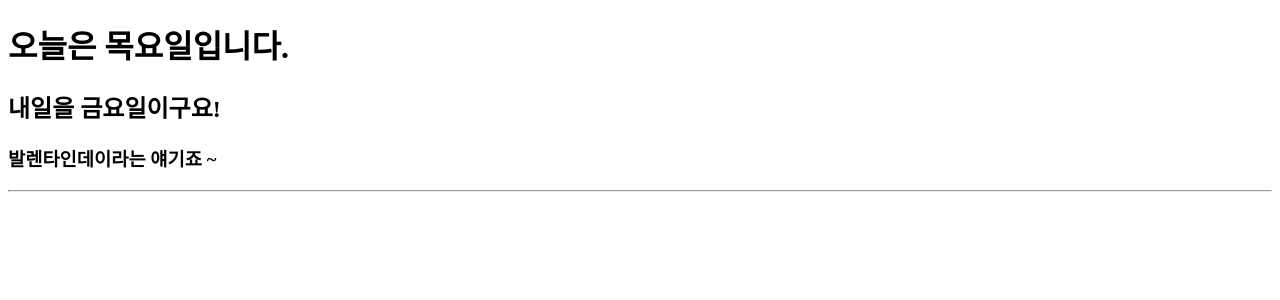
Repository: AgentHyun/FishDalle3
Page: Feb13_1_jQuery/WebContent/1_jQuery.html
These files come from the project's save history. The page is drawn as it stood at one moment and after the next save; the edit follows.
The browser window is 1280 px wide. The pictures show the whole page.

Above is the page before, as saved 2025-02-13 02:55:31.

After the next save:
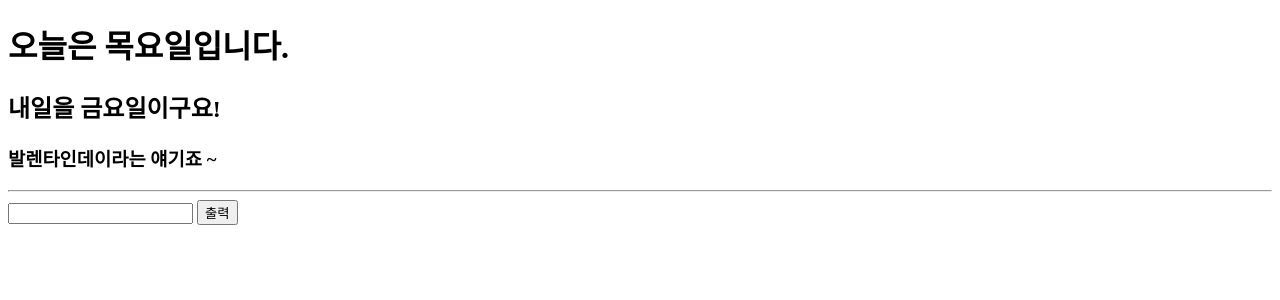
Saved 5 min 35 s later.
--- a/Feb13_1_jQuery/WebContent/1_jQuery.html
+++ b/Feb13_1_jQuery/WebContent/1_jQuery.html
@@ -50,6 +50,8 @@ $(function(){
 <h2>내일을 금요일이구요!</h2>
 <h3>발렌타인데이라는 얘기죠 ~</h3>
 <hr>
+<input id = "i">
+<button>출력</button>
 
 
 
